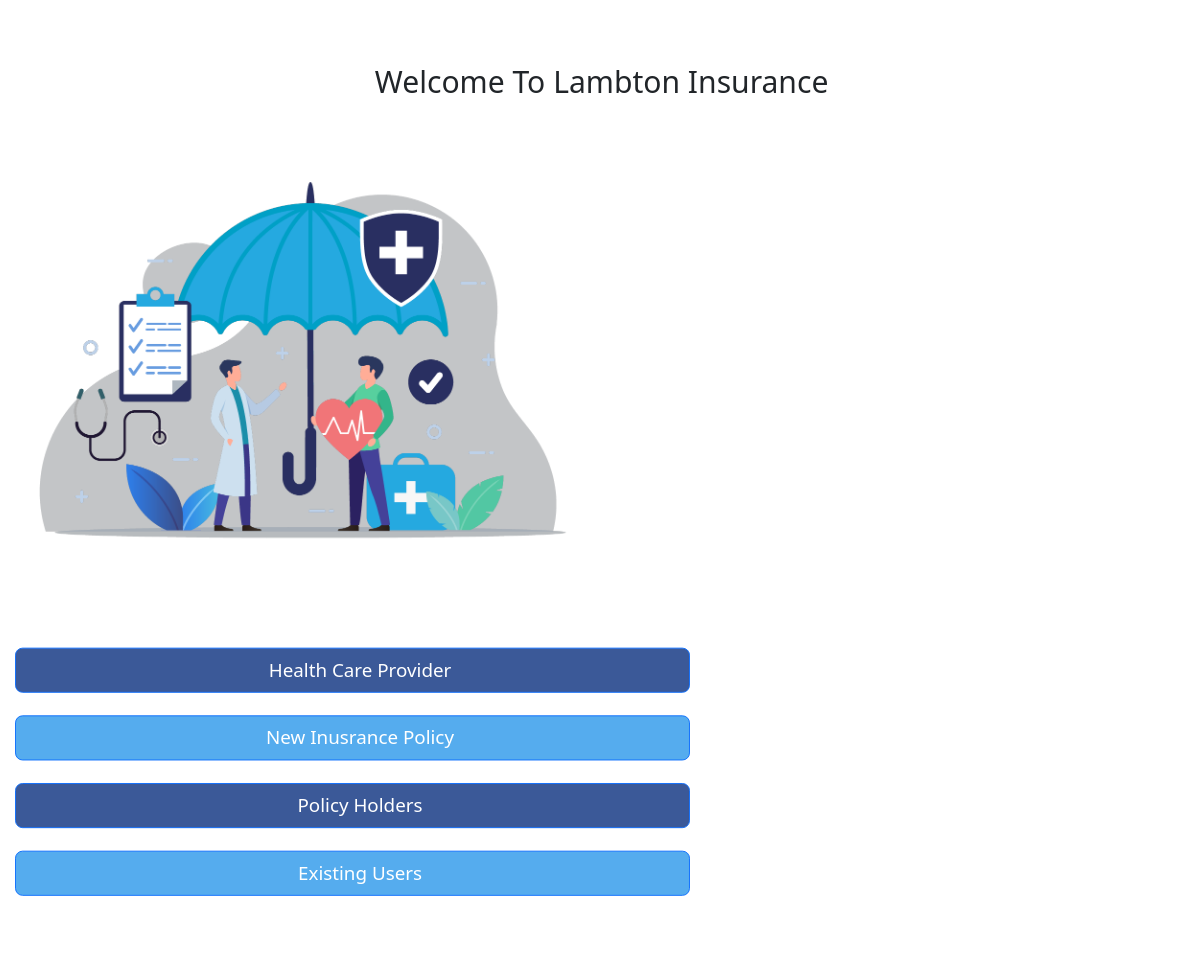
Repository: Puttaz/InsuranceGUI_React
Page: /index (app in client/)
An editor plug-in stored every save of this project. The page is shown before and after a run of saves, followed by the edit.
The browser window is 1280 px wide. The pictures show the whole page, at 94% of full size.
The project was rebuilt for these pictures with package versions that can differ from the ones it lists, and the page was loaded fresh each time. Also part of the build but not shown: client/vite.config.js, client/src/Index.css, client/src/Users.jsx, client/src/CreateUser.jsx, client/src/UpdateUser.jsx.

Above is the page before, as saved 2023-12-06 17:43:10.

### client/src/App.jsx
import { useState } from 'react'
import './App.css'
import {BrowserRouter, Routes, Route} from 'react-router-dom'
import 'bootstrap/dist/css/bootstrap.min.css'
import Index from './Index'
import Users from './Users'
import CreateUser from './CreateUser'
import UpdateUser from './UpdateUser'

function App() {
  const [count, setCount] = useState(0)

  return (
    <div>
      <BrowserRouter>
        <Routes>
          <Route path='/index' element = {<Index />}></Route>
          <Route path='/viewusers' element = {<Users />}></Route>
          <Route path='/createuser' element = {<CreateUser />}></Route>
          <Route path='/updateuser/:id' element = {<UpdateUser />}></Route>
        </Routes>
      </BrowserRouter>
    </div>
  )
}

export default App

### client/src/Index.jsx
import React from 'react';
import './App.css'; // Import your CSS file for styling
import Homepage from "./Homepage.png";
import './Index.css'

import {
  MDBContainer,
  MDBCol,
  MDBRow,
  MDBBtn,
  MDBIcon,
  MDBInput,
  MDBCheckbox
}
from 'mdb-react-ui-kit';

function App() {
  return (
    <MDBContainer fluid className="p-3 my-5">
      <div className="text-center">
      <h2 className="mt-1 mb-5 pb-1">Welcome To Lambton Insurance</h2>
      </div>
      <MDBRow>

        <MDBCol col='10' md='6'>

          <img src={Homepage}
          class="img-fluid" alt="home image" />
        </MDBCol>

        <MDBCol col='4' md='7'>

          <MDBBtn className="mb-4 w-100" size="lg" style={{backgroundColor: '#3b5998'}}>
            <MDBIcon fab icon="facebook-f" className="mx-2"/>
            Health Care Provider
          </MDBBtn>

          <MDBBtn className="mb-4 w-100" size="lg" style={{backgroundColor: '#55acee'}}>
            <MDBIcon fab icon="twitter" className="mx-2"/>
            New Inusrance Policy
          </MDBBtn>

          <MDBBtn className="mb-4 w-100" size="lg" style={{backgroundColor: '#3b5998'}}>
            <MDBIcon fab icon="facebook-f" className="mx-2"/>
            Policy Holders
          </MDBBtn>

          <MDBBtn className="mb-4 w-100" size="lg" style={{backgroundColor: '#55acee'}}>
            <MDBIcon fab icon="twitter" className="mx-2"/>
            Existing Users
          </MDBBtn>

        </MDBCol>

      </MDBRow>

    </MDBContainer>
  );
}

export default App;

Loaded but not shown: client/index.html (common file); client/src/main.jsx (common file); client/src/App.css (no stored copy; drawn as an empty file)

After the next 2 saves:
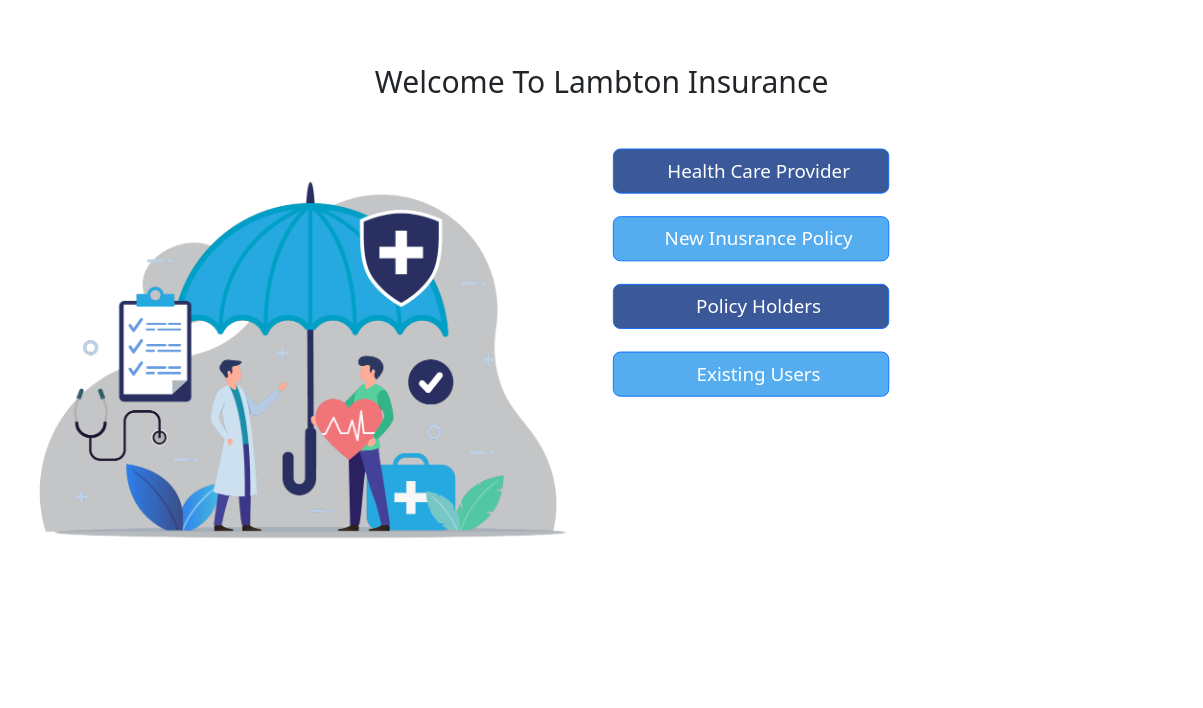
The 2 saves are shown as one change because they came seconds apart.
The last was saved 7 s later.
--- a/client/src/Index.jsx
+++ b/client/src/Index.jsx
@@ -28,7 +28,7 @@ function App() {
           class="img-fluid" alt="home image" />
         </MDBCol>
 
-        <MDBCol col='4' md='7'>
+        <MDBCol col='4' md='3'>
 
           <MDBBtn className="mb-4 w-100" size="lg" style={{backgroundColor: '#3b5998'}}>
             <MDBIcon fab icon="facebook-f" className="mx-2"/>
